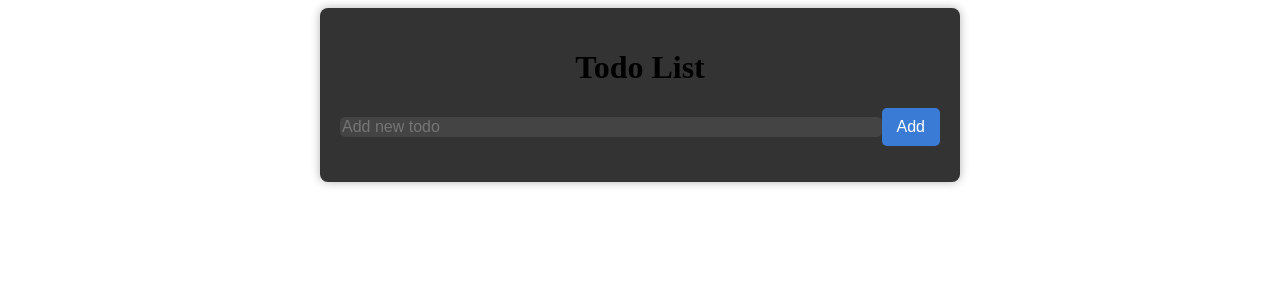
Repository: Tobby004/Todo-assignment
Page: / (app in todo-list-app/)
The author's editor kept a copy of each file at every save. The page is drawn from the files as they stood at one save, then again after the next save.
The browser window is 1280 px wide. The pictures show the whole page.
The project was rebuilt for these pictures with package versions that can differ from the ones it lists, and the page was loaded fresh each time. Also part of the build but not shown: todo-list-app/vue.config.js.

Above is the page before, as saved 2023-12-06 16:07:33.

After the next save:
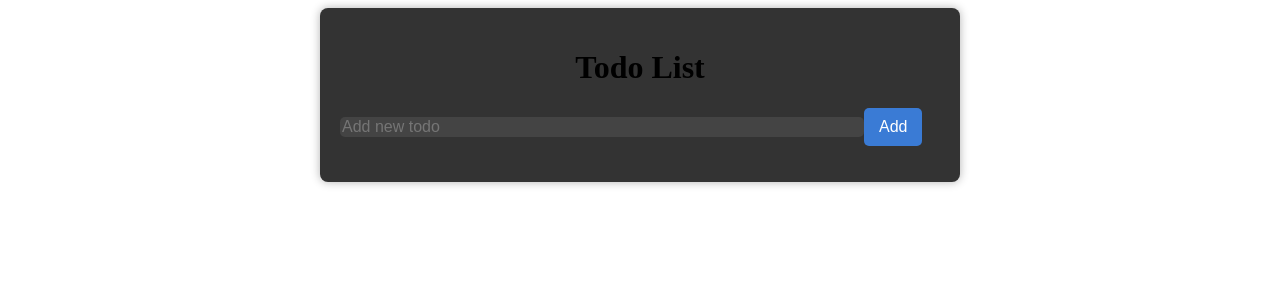
Saved 60 s later.
--- a/todo-list-app/src/App.vue
+++ b/todo-list-app/src/App.vue
@@ -78,7 +78,7 @@ h1 {
 }
 
 .input-field {
-  width: calc(100% - 60px);
+  width: calc(100% - 80px);
   border: none;
   border-radius: 5px;
   font-size: 16px;
